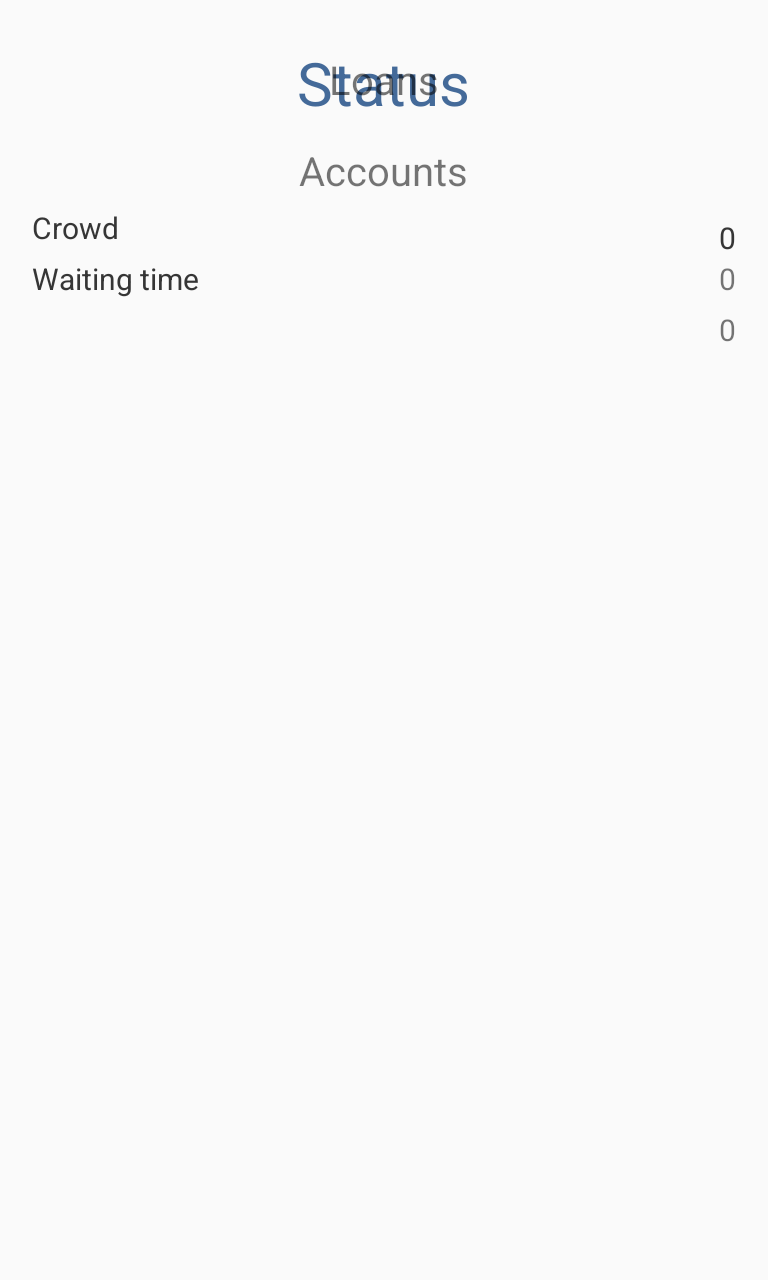
Repository: ag-chirag/brainwaves_enigma
Layout: mobile/Brainwaves/QLess/res/layout/activity_status.xml
An editor plug-in stored every save of this project. The layout is shown before and after the next save, followed by the edit.
It is drawn on a 768 x 1280 px phone screen (xhdpi) without system bars, with theme AppTheme; the app's code is not run.

Above is the layout before, as saved 2014-11-08 18:21:44.

### mobile/Brainwaves/QLess/res/layout/activity_status.xml
<RelativeLayout xmlns:android="http://schemas.android.com/apk/res/android"
    xmlns:tools="http://schemas.android.com/tools"
    android:layout_width="match_parent"
    android:layout_height="match_parent"
    android:paddingBottom="@dimen/activity_vertical_margin"
    android:paddingLeft="@dimen/activity_horizontal_margin"
    android:paddingRight="@dimen/activity_horizontal_margin"
    android:paddingTop="@dimen/activity_vertical_margin"
    tools:context="com.example.qless.StatusActivity" >

    <TextView
       	android:layout_width="wrap_content"
       	android:layout_height="wrap_content"
       	android:id="@+id/heading"
       	android:text="@string/status"
       	android:layout_marginTop="5dp"
       	android:layout_centerHorizontal="true"
       	android:textColor="@color/blue"
        android:textSize="30sp"
        />

    <TextView
       	android:layout_width="wrap_content"
       	android:layout_height="wrap_content"
       	android:id="@+id/accounts"
       	android:text="@string/accounts"
       	android:layout_marginTop="10dp"
       	android:layout_centerHorizontal="true"
       	android:layout_below="@id/heading"
        android:textSize="20sp"
        />
    <TextView
       	android:layout_width="wrap_content"
       	android:layout_height="wrap_content"
       	android:id="@+id/crowd1"
       	android:text="@string/crowd"
       	android:layout_below="@id/accounts"
       	android:layout_marginTop="5dp"
       	android:gravity="left"
        android:textSize="15sp"
        />

    <TextView
        android:layout_width="wrap_content"
        android:layout_height="wrap_content"
        android:id="@+id/customer_number1"
        android:text="0"
        android:layout_below="@id/accounts"
        android:layout_alignParentRight="true"
        android:layout_marginTop="10dp"
        android:gravity="right"
        android:textSize="15sp"
        />

    <TextView
       	android:layout_width="wrap_content"
       	android:layout_height="wrap_content"
       	android:id="@+id/wait1"
       	android:text="@string/time"
       	android:layout_below="@id/crowd1"
       	android:layout_marginTop="5dp"
       	android:gravity="left"
        android:textSize="15sp"
        />

    <TextView
        android:layout_width="wrap_content"
        android:layout_height="wrap_content"
        android:id="@+id/time_left"
        android:text="0"
        android:layout_below="@id/wait1"
        android:layout_alignParentRight="true"
        android:layout_marginTop="5dp"
        android:gravity="right"
        android:textSize="15sp"
        />


     <TextView
       	android:layout_width="wrap_content"
       	android:layout_height="wrap_content"
       	android:id="@+id/loans"
       	android:text="@string/loans"
       	android:layout_marginTop="10dp"
       	android:layout_centerHorizontal="true"
       	android:layout_below="@id/"
        android:textSize="20sp"
        />
    <TextView
       	android:layout_width="wrap_content"
       	android:layout_height="wrap_content"
       	android:id="@+id/dept1"
       	android:text="@string/crowd"
       	android:layout_below="@id/accounts"
       	android:layout_marginTop="5dp"
       	android:gravity="left"
        android:textSize="15sp"
        />

    <TextView
        android:layout_width="wrap_content"
        android:layout_height="wrap_content"
        android:id="@+id/customer_number"
        android:text="0"
        android:layout_below="@id/accounts"
        android:layout_alignParentRight="true"
        android:layout_marginTop="10dp"
        android:gravity="right"
        android:textSize="15sp"
        />

    <TextView
       	android:layout_width="wrap_content"
       	android:layout_height="wrap_content"
       	android:id="@+id/textview3"
       	android:text="@string/time"
       	android:layout_below="@id/dept1"
       	android:layout_marginTop="5dp"
       	android:gravity="left"
        android:textSize="15sp"
        />

    <TextView
        android:layout_width="wrap_content"
        android:layout_height="wrap_content"
        android:id="@+id/time_left"
        android:text="0"
        android:layout_below="@id/dept1"
        android:layout_alignParentRight="true"
        android:layout_marginTop="5dp"
        android:gravity="right"
        android:textSize="15sp"
        />
</RelativeLayout>

### mobile/Brainwaves/QLess/res/values/string.xml
<?xml version="1.0" encoding="utf-8"?>
<resources>
    <string name="live_score_url"></string>
    <string name="get_match_leaderboard_url">c</string>
	<string name="app_name">QLess</string>
    <string name="todo">TODO</string>
    <string name="email_hint">Email</string>
    <string name="pwd_hint">Password</string>
    <string name="btn_name">Login</string>
    <string name="signup">Signup</string>
    <string name="accnt">Login</string>
    <string name="name">Name</string>
    <string name="signup_heading">LogIn!</string>
    <string name="notification">Push Notifications</string>
    <string name="choose_bank">Choose a Bank</string>
    <string name="status">Status</string>
    <string name="crowd">Crowd</string>
    <string name="time">Waiting time</string>
    <string name="accounts">Accounts</string>
    <string name="loans">Loans</string>
    <string name="transaction">Transaction</string>
    <string name="Others">Others</string>
</resources>

### mobile/Brainwaves/QLess/res/values/color.xml
<?xml version="1.0" encoding="utf-8"?>
<resources>

    <color name="blue">#446a99</color>
    <color name="red">#FF0000</color>
    <color name="black">#000000</color>
    <color name="green">#138808</color>
    <color name="bar">#ff0000</color>
    <color name="white">#fff</color>
    <color name="gray">#eeeeee</color>
    <color name="grey">	#CECECE</color>
    <color name="splash_bg">#eb5115</color>
        <color name="disable">#ccc</color>

    <color name="light_gray">#eeeeee</color>
    <color name="dark_gray">#424244</color>
    <color name="sirius_black">#000000</color>
    <color name="app_color">#ff8033</color>
    <color name="dashboard_bar">#ff8033</color>
    <color name="fixture_title">#000000</color>
    <color name="fixture_teams">#000</color>
    <color name="fixture_status">#000</color>
    <color name="score">#000</color>
    <color name="bar_sel">#ffa233</color>
    <color name="transparent_100">#FF000000</color>
    <color name="transparent_95">#F2000000</color>
    <color name="transparent_90">#E6000000</color>
    <color name="transparent_85">#D9000000</color>
    <color name="transparent_80">#CC000000</color>
    <color name="transparent_75">#BF000000</color>
    <color name="transparent_70">#B3000000</color>
    <color name="transparent_65">#A6000000</color>
    <color name="transparent_60">#99000000</color>
    <color name="transparent_55">#8C000000</color>
    <color name="transparent_50">#80000000</color>
    <color name="transparent_45">#73000000</color>
    <color name="transparent_40">#66000000</color>
    <color name="transparent_35">#59000000</color>
    <color name="transparent_30">#4D000000</color>
    <color name="transparent_25">#40000000</color>
    <color name="transparent_20">#33000000</color>
    <color name="transparent_15">#26000000</color>
    <color name="transparent_10">#1A000000</color>
    <color name="transparent_">#0D000000</color>
    <color name="transparent_0">#00000000</color>
    <color name="dashboard_bg">#eeeeee</color>
    <color name="circle_dashbord_count">#333333</color>
    <color name="live">#cc1111</color>
    <color name="no_matches_sel">#424244</color>
    <color name="no_matches_def">#333333</color>
    <color name="no_matches">#999999</color>
    <color name="bar_header">#2f74a7</color>
    <color name="chart_won">#2f74a7</color>
    <color name="chart_lost">#cc1111</color>
    <color name="chart_tie">#e04a3b</color>
    <color name="achievement">#3d96d8</color>
    <color name="player_name_solo">#ed5114</color>
    <color name="hrr">#333333</color>
    <color name="h_h_header">#666666</color>
    <color name="h_h_text">#333333</color>
    <color name="app_green">#779f38</color>
        <color name="transparent_50_app_color">#80ff8033</color>

</resources>

Loaded but not shown: mobile/Brainwaves/QLess/res/values/styles.xml (common file); mobile/Brainwaves/QLess/res/values-v11/styles.xml (common file); mobile/Brainwaves/QLess/res/values-v14/styles.xml (common file); mobile/Brainwaves/QLess/res/values/dimens.xml (common file); mobile/Brainwaves/QLess/res/values-w820dp/dimens.xml (common file)

After the next save:
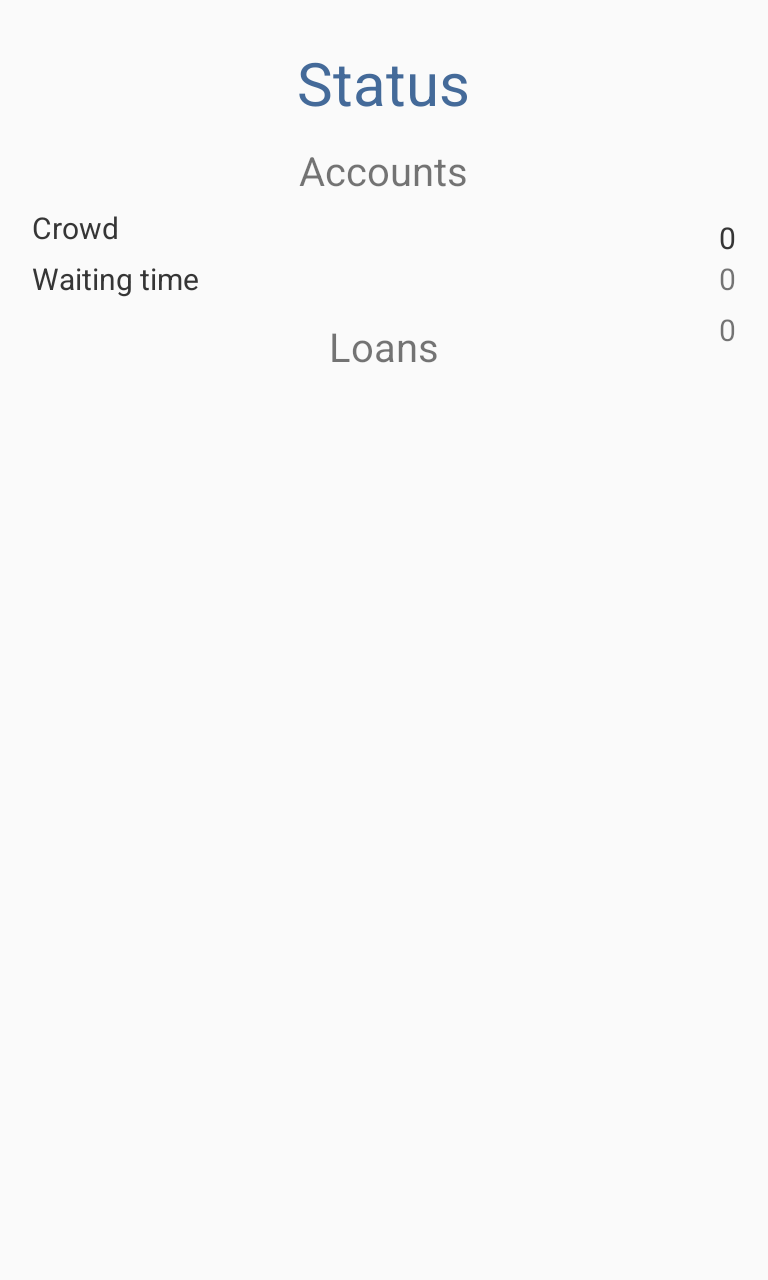
Saved 33 s later.
--- a/mobile/Brainwaves/QLess/res/layout/activity_status.xml
+++ b/mobile/Brainwaves/QLess/res/layout/activity_status.xml
@@ -66,7 +66,7 @@
     <TextView
         android:layout_width="wrap_content"
         android:layout_height="wrap_content"
-        android:id="@+id/time_left"
+        android:id="@+id/time_left1"
         android:text="0"
         android:layout_below="@id/wait1"
         android:layout_alignParentRight="true"
@@ -83,7 +83,7 @@
        	android:text="@string/loans"
        	android:layout_marginTop="10dp"
        	android:layout_centerHorizontal="true"
-       	android:layout_below="@id/"
+       	android:layout_below="@id/wait1"
         android:textSize="20sp"
         />
     <TextView
